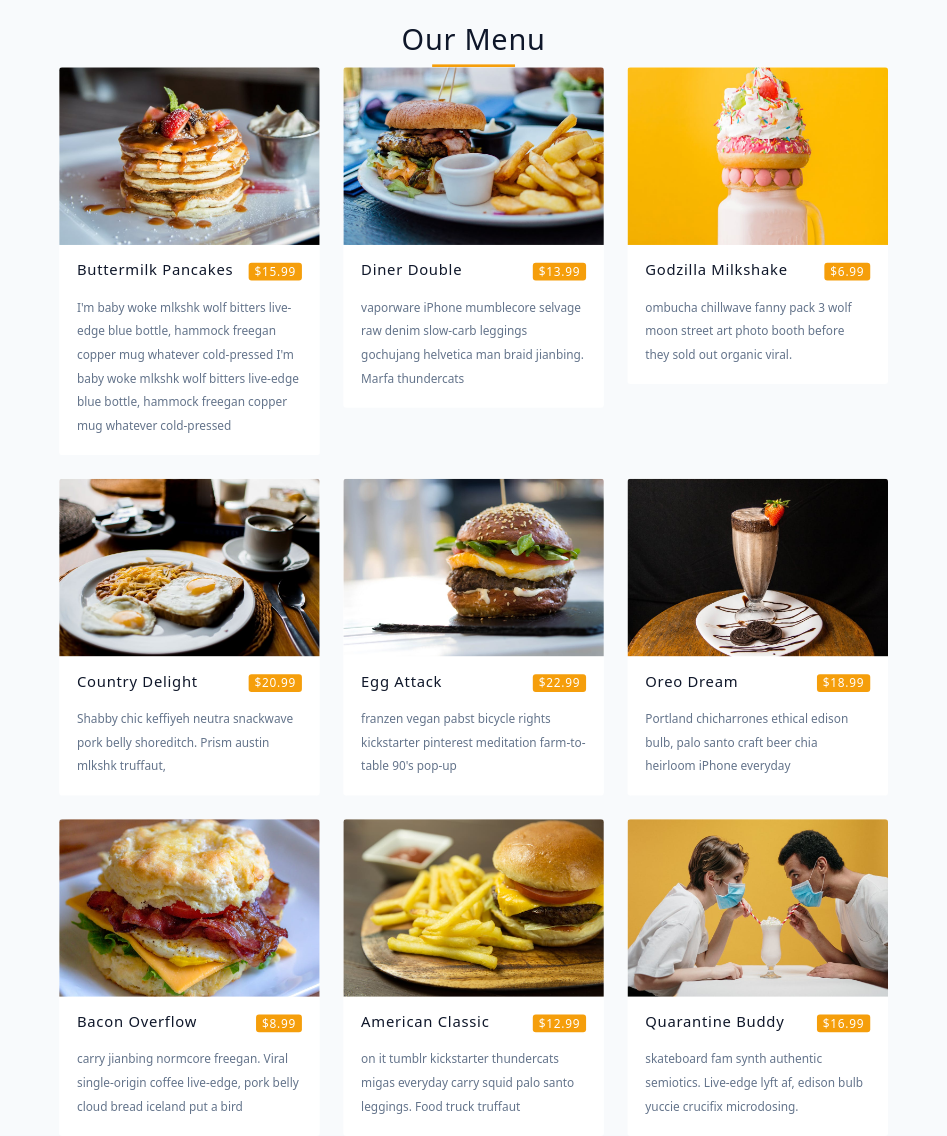
Repository: Maryie-B/React-Practice-Projects
Page: / (app in Restaurant Menu/)
The author's editor kept a copy of each file at every save. The page is drawn from the files as they stood at one save, then again after the next save.
The browser window is 1280 px wide. The pictures show the whole page, at 74% of full size.
The project was rebuilt for these pictures with package versions that can differ from the ones it lists, and the page was loaded fresh each time. Also part of the build but not shown: Restaurant Menu/vite.config.js.

Above is the page before, as saved 2023-06-08 11:00:34.

### Restaurant Menu/src/App.jsx
import { useState } from "react";
import Title from "./Title";
import menu from './data';
import Menu from "./Menu";

const tempCat = ['all', ... new Set(menu.map((item) => item.category))];
console.log(tempCat);

const App = () => {
  const [menuItems, setMenuItems] = useState(menu);
  return <main>
    <section>
      <Title text='our menu'/>
      <Menu items={menuItems} />
    </section>
  </main>;
};
export default App;

### Restaurant Menu/src/index.css
/* ============= GLOBAL CSS =============== */

*,
::after,
::before {
  margin: 0;
  padding: 0;
  box-sizing: border-box;
}

html {
  font-size: 100%;
} /*16px*/

:root {
  /* colors */
  --primary-100: #fef3c7;
  --primary-200: #fde68a;
  --primary-300: #fcd34d;
  --primary-400: #fbbf24;
  --primary-500: #f59e0b;
  --primary-600: #d97706;
  --primary-700: #b45309;
  --primary-800: #92400e;
  --primary-900: #78350f;

  /* grey */
  --grey-50: #f8fafc;
  --grey-100: #f1f5f9;
  --grey-200: #e2e8f0;
  --grey-300: #cbd5e1;
  --grey-400: #94a3b8;
  --grey-500: #64748b;
  --grey-600: #475569;
  --grey-700: #334155;
  --grey-800: #1e293b;
  --grey-900: #0f172a;
  /* rest of the colors */
  --black: #222;
  --white: #fff;
  --red-light: #f8d7da;
  --red-dark: #842029;
  --green-light: #d1e7dd;
  --green-dark: #0f5132;

  --small-text: 0.875rem;
  --extra-small-text: 0.7em;
  /* rest of the vars */
  --backgroundColor: var(--grey-50);
  --textColor: var(--grey-900);
  --borderRadius: 0.25rem;
  --letterSpacing: 1px;
  --transition: 0.3s ease-in-out all;
  --max-width: 1120px;
  --fixed-width: 600px;

  /* box shadow*/
  --shadow-1: 0 1px 3px 0 rgba(0, 0, 0, 0.1), 0 1px 2px 0 rgba(0, 0, 0, 0.06);
  --shadow-2: 0 4px 6px -1px rgba(0, 0, 0, 0.1),
    0 2px 4px -1px rgba(0, 0, 0, 0.06);
  --shadow-3: 0 10px 15px -3px rgba(0, 0, 0, 0.1),
    0 4px 6px -2px rgba(0, 0, 0, 0.05);
  --shadow-4: 0 20px 25px -5px rgba(0, 0, 0, 0.1),
    0 10px 10px -5px rgba(0, 0, 0, 0.04);
}

body {
  background: var(--backgroundColor);
  font-family: system-ui, -apple-system, BlinkMacSystemFont, 'Segoe UI', Roboto,
    Oxygen, Ubuntu, Cantarell, 'Open Sans', 'Helvetica Neue', sans-serif;
  font-weight: 400;
  line-height: 1;
  color: var(--textColor);
}
p {
  margin: 0;
}
h1,
h2,
h3,
h4,
h5 {
  margin: 0;
  font-family: var(--headingFont);
  font-weight: 400;
  line-height: 1;
  text-transform: capitalize;
  letter-spacing: var(--letterSpacing);
}

h1 {
  font-size: 3.052rem;
}

h2 {
  font-size: 2.441rem;
}

h3 {
  font-size: 1.953rem;
}

h4 {
  font-size: 1.563rem;
}

h5 {
  font-size: 1.25rem;
}

.text {
  margin-bottom: 1.5rem;
  max-width: 40em;
}

small,
.text-small {
  font-size: var(--small-text);
}

a {
  text-decoration: none;
}
ul {
  list-style-type: none;
  padding: 0;
}

.img {
  width: 100%;
  display: block;
  object-fit: cover;
}
/* buttons */

.btn {
  cursor: pointer;
  color: var(--white);
  background: var(--primary-500);
  border: transparent;
  border-radius: var(--borderRadius);
  letter-spacing: var(--letterSpacing);
  padding: 0.375rem 0.75rem;
  box-shadow: var(--shadow-1);
  transition: var(--transition);
  text-transform: capitalize;
  display: inline-block;
}
.btn:hover {
  background: var(--primary-700);
  box-shadow: var(--shadow-3);
}
.btn-hipster {
  color: var(--primary-500);
  background: var(--primary-200);
}
.btn-hipster:hover {
  color: var(--primary-200);
  background: var(--primary-700);
}
.btn-block {
  width: 100%;
}

/* alerts */
.alert {
  padding: 0.375rem 0.75rem;
  margin-bottom: 1rem;
  border-color: transparent;
  border-radius: var(--borderRadius);
}

.alert-danger {
  color: var(--red-dark);
  background: var(--red-light);
}
.alert-success {
  color: var(--green-dark);
  background: var(--green-light);
}
/* form */

.form {
  width: 90vw;
  max-width: var(--fixed-width);
  background: var(--white);
  border-radius: var(--borderRadius);
  box-shadow: var(--shadow-2);
  padding: 2rem 2.5rem;
  margin: 3rem auto;
}
.form-label {
  display: block;
  font-size: var(--small-text);
  margin-bottom: 0.5rem;
  text-transform: capitalize;
  letter-spacing: var(--letterSpacing);
}
.form-input,
.form-textarea {
  width: 100%;
  padding: 0.375rem 0.75rem;
  border-radius: var(--borderRadius);
  background: var(--backgroundColor);
  border: 1px solid var(--grey-200);
}

.form-row {
  margin-bottom: 1rem;
}

.form-textarea {
  height: 7rem;
}
::placeholder {
  font-family: inherit;
  color: var(--grey-400);
}
.form-alert {
  color: var(--red-dark);
  letter-spacing: var(--letterSpacing);
  text-transform: capitalize;
}
/* alert */

@keyframes spinner {
  to {
    transform: rotate(360deg);
  }
}

.loading {
  width: 6rem;
  height: 6rem;
  border: 5px solid var(--grey-400);
  border-radius: 50%;
  border-top-color: var(--primary-500);
  animation: spinner 0.6s linear infinite;
  margin: 0 auto;
}

/* title */

.title {
  margin-top: 2rem;
  text-align: center;
}

.title-underline {
  background: var(--primary-500);
  width: 7rem;
  height: 0.25rem;
  margin: 0 auto;
  margin-top: 1rem;
}
/* ============= PROJECT CSS =============== */

.menu {
  padding: 5rem 0;
}

.btn-container {
  margin: 2rem 0 4rem 0;
  display: flex;
  justify-content: center;
  flex-wrap: wrap;
  gap: 1rem;
}
.section-center {
  width: 90vw;
  margin: 0 auto;
  max-width: var(--max-width);
  display: grid;
  gap: 2rem;
}

.menu-item {
  background: var(--white);
  border-radius: var(--borderRadius);
}
.menu-item .img {
  height: 15rem;
  border-top-right-radius: var(--borderRadius);
  border-top-left-radius: var(--borderRadius);
}
.item-info {
  padding: 1.5rem;
}
.item-info header {
  display: flex;
  justify-content: space-between;
  flex-wrap: wrap;
  gap: 1rem;
  margin-bottom: 1.25rem;
}

.item-info h5 {
  font-weight: 500;
}
.item-price {
  background: var(--primary-500);
  color: var(--white);
  padding: 0.25rem 0.5rem;
  letter-spacing: var(--letterSpacing);
  border-radius: var(--borderRadius);
}

.item-text {
  line-height: 2;
  color: var(--grey-500);
}

.section-center {
  justify-items: center;
}
.menu-item {
  max-width: 25rem;
}

@media screen and (min-width: 992px) {
  .section-center {
    grid-template-columns: 1fr 1fr;
    align-items: start;
  }
}
@media screen and (min-width: 1170px) {
  .section-center {
    width: 95vw;
    grid-template-columns: repeat(3, 1fr);
  }
}

### Restaurant Menu/src/Title.jsx
import React from 'react'

const Title = ({text}) => {
  return (
    <div>
      <h2 className='title'>{text || 'Default Title'}</h2>
      <div className="title-underline"></div>
    </div>
  )
}

export default Title

### Restaurant Menu/src/data.js
const menu = [
  {
    id: 1,
    title: 'buttermilk pancakes',
    category: 'breakfast',
    price: 15.99,
    img: '/images/item-1.jpeg',
    desc: `I'm baby woke mlkshk wolf bitters live-edge blue bottle, hammock freegan copper mug whatever cold-pressed I'm baby woke mlkshk wolf bitters live-edge blue bottle, hammock freegan copper mug whatever cold-pressed `,
  },
  {
    id: 2,
    title: 'diner double',
    category: 'lunch',
    price: 13.99,
    img: '/images/item-2.jpeg',
    desc: `vaporware iPhone mumblecore selvage raw denim slow-carb leggings gochujang helvetica man braid jianbing. Marfa thundercats `,
  },
  {
    id: 3,
    title: 'godzilla milkshake',
    category: 'shakes',
    price: 6.99,
    img: '/images/item-3.jpeg',
    desc: `ombucha chillwave fanny pack 3 wolf moon street art photo booth before they sold out organic viral.`,
  },
  {
    id: 4,
    title: 'country delight',
    category: 'breakfast',
    price: 20.99,
    img: '/images/item-4.jpeg',
    desc: `Shabby chic keffiyeh neutra snackwave pork belly shoreditch. Prism austin mlkshk truffaut, `,
  },
  {
    id: 5,
    title: 'egg attack',
    category: 'lunch',
    price: 22.99,
    img: '/images/item-5.jpeg',
    desc: `franzen vegan pabst bicycle rights kickstarter pinterest meditation farm-to-table 90's pop-up `,
  },
  {
    id: 6,
    title: 'oreo dream',
    category: 'shakes',
    price: 18.99,
    img: '/images/item-6.jpeg',
    desc: `Portland chicharrones ethical edison bulb, palo santo craft beer chia heirloom iPhone everyday`,
  },
  {
    id: 7,
    title: 'bacon overflow',
    category: 'breakfast',
    price: 8.99,
    img: '/images/item-7.jpeg',
    desc: `carry jianbing normcore freegan. Viral single-origin coffee live-edge, pork belly cloud bread iceland put a bird `,
  },
  {
    id: 8,
    title: 'american classic',
    category: 'lunch',
    price: 12.99,
    img: '/images/item-8.jpeg',
    desc: `on it tumblr kickstarter thundercats migas everyday carry squid palo santo leggings. Food truck truffaut  `,
  },
  {
    id: 9,
    title: 'quarantine buddy',
    category: 'shakes',
    price: 16.99,
    img: '/images/item-9.jpeg',
    desc: `skateboard fam synth authentic semiotics. Live-edge lyft af, edison bulb yuccie crucifix microdosing.`,
  },
];
export default menu;

### Restaurant Menu/src/Menu.jsx
import React from 'react'
import MenuItem from './MenuItem'

const Menu = ({items}) => {
  return (
    <div className='section-center'>
        {items.map((menuItem) => {
            return <MenuItem key={menuItem.id} {...menuItem}/>
        })}
    </div>
  )
}

export default Menu

### Restaurant Menu/src/MenuItem.jsx
import React from 'react'

const MenuItem = ({img, title, price, desc}) => {
  return (
    <article className='menu-item' >
      <img src={img} alt={title} className="img" />
      <div className="item-info">
        <header>
            <h5>{title}</h5>
            <span className="item-price">${price}</span>
        </header>
        <p className="item-text">{desc}</p>

      </div>

    </article>
  )
}

export default MenuItem

### Restaurant Menu/src/Categories.jsx
import React from 'react'

const Categories = ({categories}) => {
  return (
    <div className='btn-container' >
      {categories.map((category) => {
        return <button type='button' className='btn' key={category}>
            {category}
        </button>
      })}
    </div>
  )
}

export default Categories

Loaded but not shown: Restaurant Menu/index.html (common file); Restaurant Menu/src/main.jsx (common file)

After the next save:
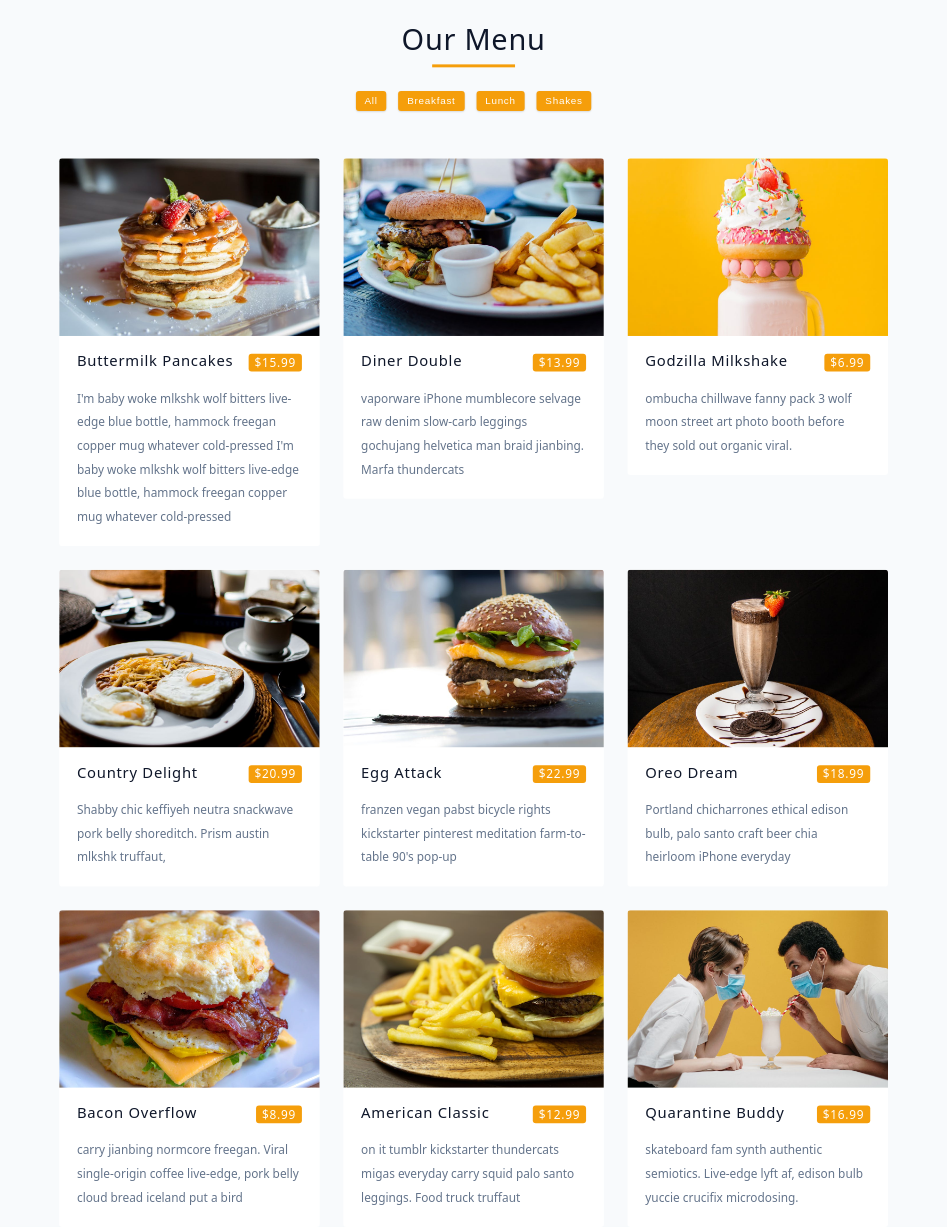
Saved 1 s later.
--- a/Restaurant Menu/src/App.jsx
+++ b/Restaurant Menu/src/App.jsx
@@ -2,15 +2,18 @@ import { useState } from "react";
 import Title from "./Title";
 import menu from './data';
 import Menu from "./Menu";
+import Categories from "./Categories";
 
-const tempCat = ['all', ... new Set(menu.map((item) => item.category))];
-console.log(tempCat);
+const allCategories = ['all', ... new Set(menu.map((item) => item.category))];
 
 const App = () => {
   const [menuItems, setMenuItems] = useState(menu);
+  const [categories, setCategories] = useState(allCategories);
+
   return <main>
     <section>
       <Title text='our menu'/>
+      <Categories categories={categories} />
       <Menu items={menuItems} />
     </section>
   </main>;
